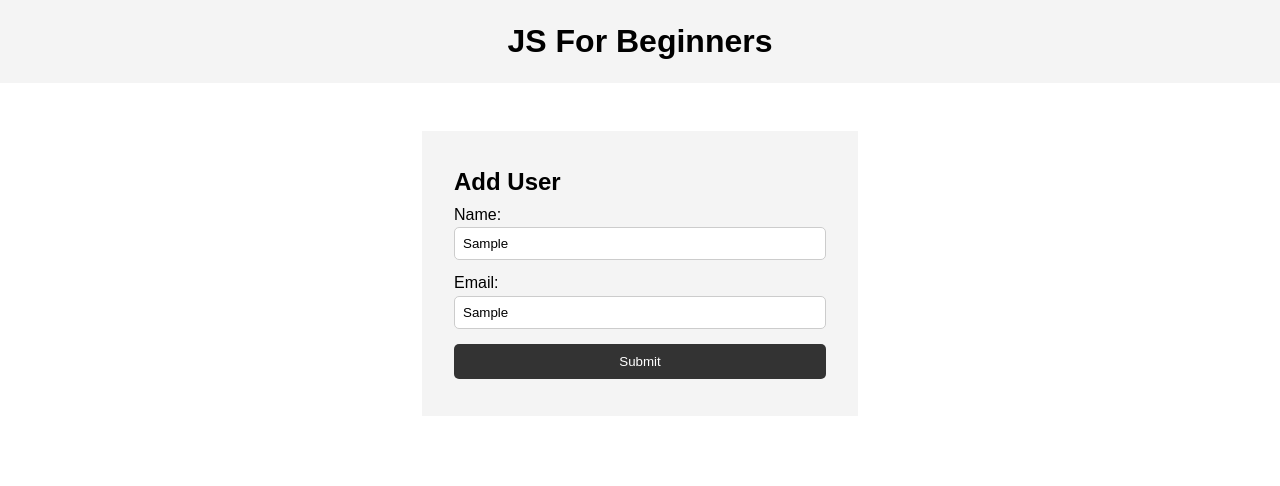
Repository: balkisys/FormationFullStackJS
Page: index.html
An editor plug-in stored every save of this project. The page is shown before and after the next save, followed by the edit.
The browser window is 1280 px wide. The pictures show the whole page.
Empty fields were first filled with sample values (such as "Sample", 5 or name@example.com).
After loading, the first visible `#my-form` was submitted once.

Above is the page before, as saved 2021-03-20 08:30:59.

After the next save:
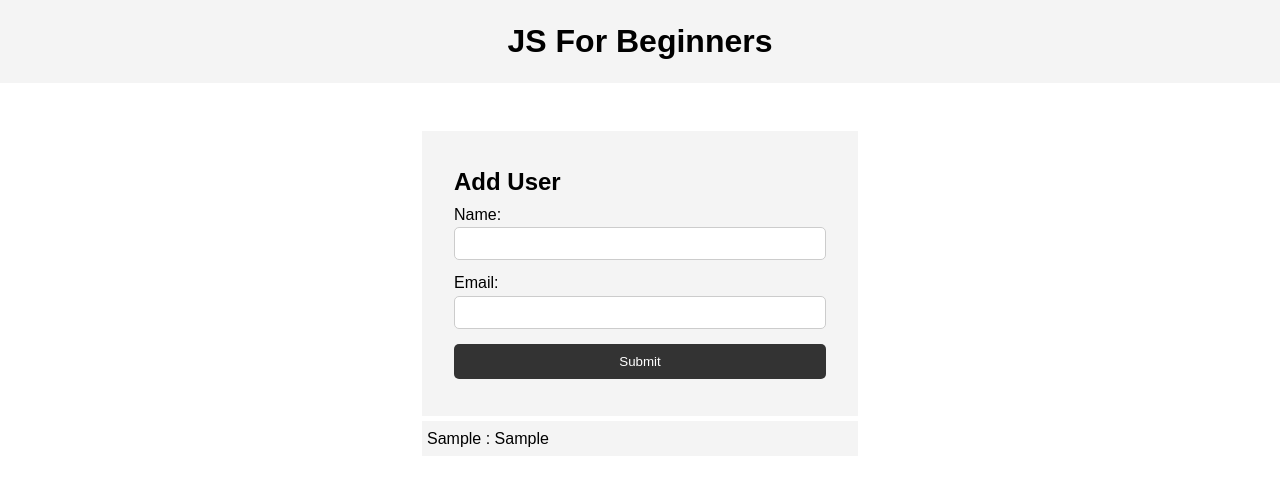
Saved 119 s later.
--- a/test.js
+++ b/test.js
@@ -308,5 +308,10 @@ function onSubmit(e) {
         //console.log('success');
         const li = document.createElement('li'); // create element and insert it to the DOM
         li.appendChild(document.createTextNode(`${nameInput.value} : ${emailInput.value}`));
+        // we have to append the li to the UI
+        userList.appendChild(li);
+        // Clear fields
+        nameInput.value = '';
+        emailInput.value = '';
     }
 }
